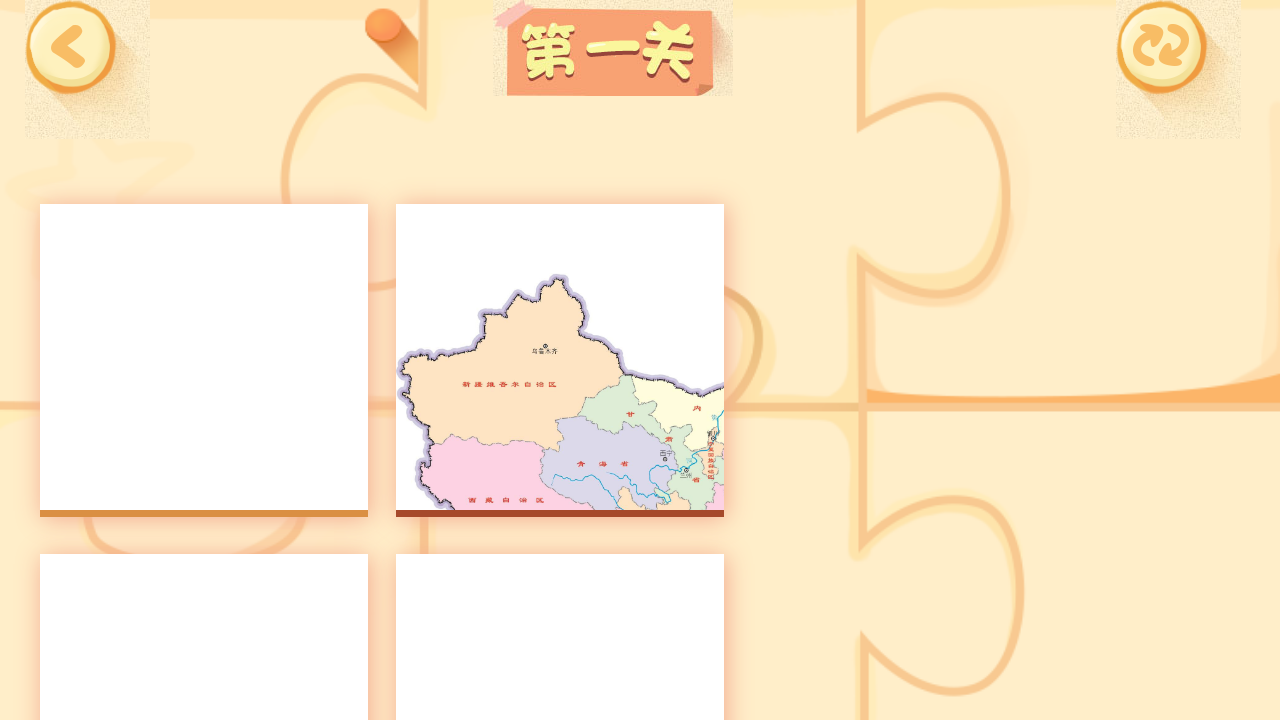
Repository: RedrockTeam/China-map-puzzle
Page: /#/choose/first
These files come from the project's save history. The page is drawn as it stood at one moment and after the next save; the edit follows.
The browser window is 1280 px wide. The pictures show the whole page.
Some web fonts or font styles are not loaded; a fallback is used. The project was rebuilt for these pictures with package versions that can differ from the ones it lists, and the page was loaded fresh each time. Also part of the build but not shown: vue.config.js, src/network/request.js, src/views/home.vue, src/views/choose.vue, src/views/pass.vue, src/components/dialog.vue. Imported but missing from the stored project, and not drawn on this page: src/views/rankList1, src/views/rankList2, src/views/rankList3, src/views/rankList4.

Above is the page before, as saved 2019-09-24 19:26:53.

After the next save:
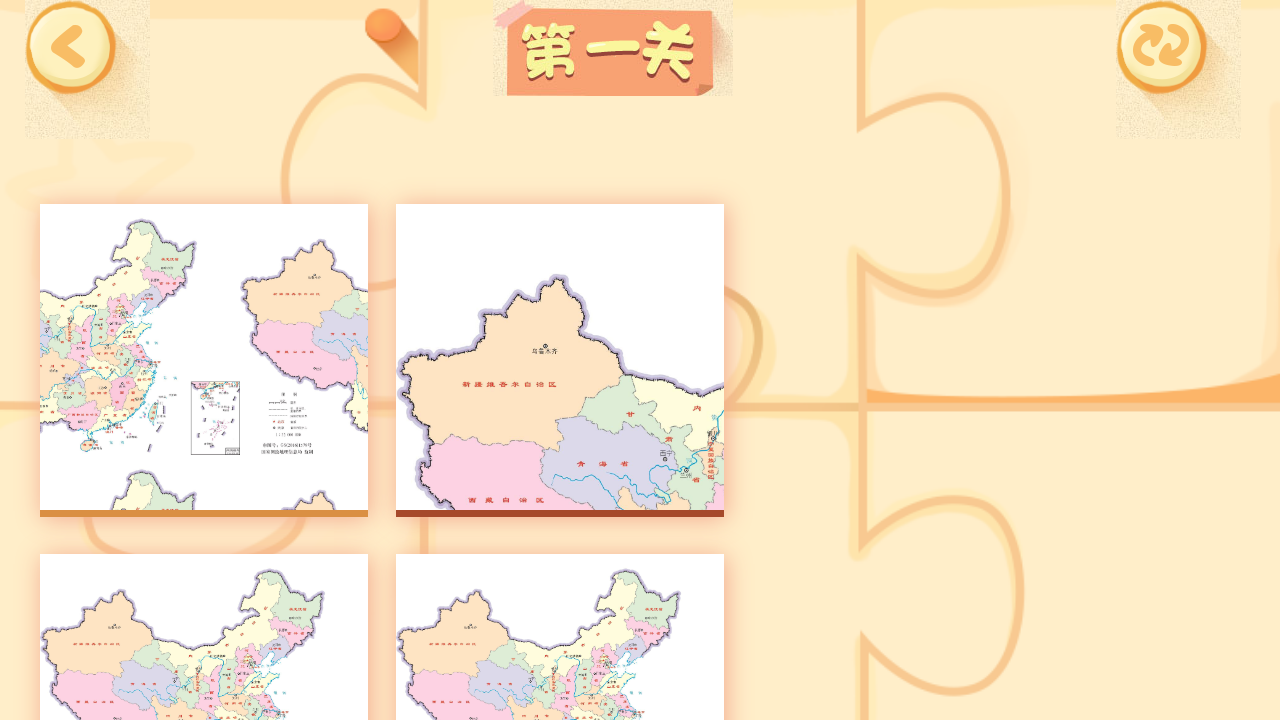
Saved 14 s later.
--- a/src/views/first.vue
+++ b/src/views/first.vue
@@ -106,6 +106,7 @@ export default {};
       margin: 14px 14px 0 14px;
       border-bottom: 7px solid #a6492b;
       background: url("../assets/img/button/map.jpg");
+      background-size: 100%;
     }
     .first {
       background-position-x: 200px;
